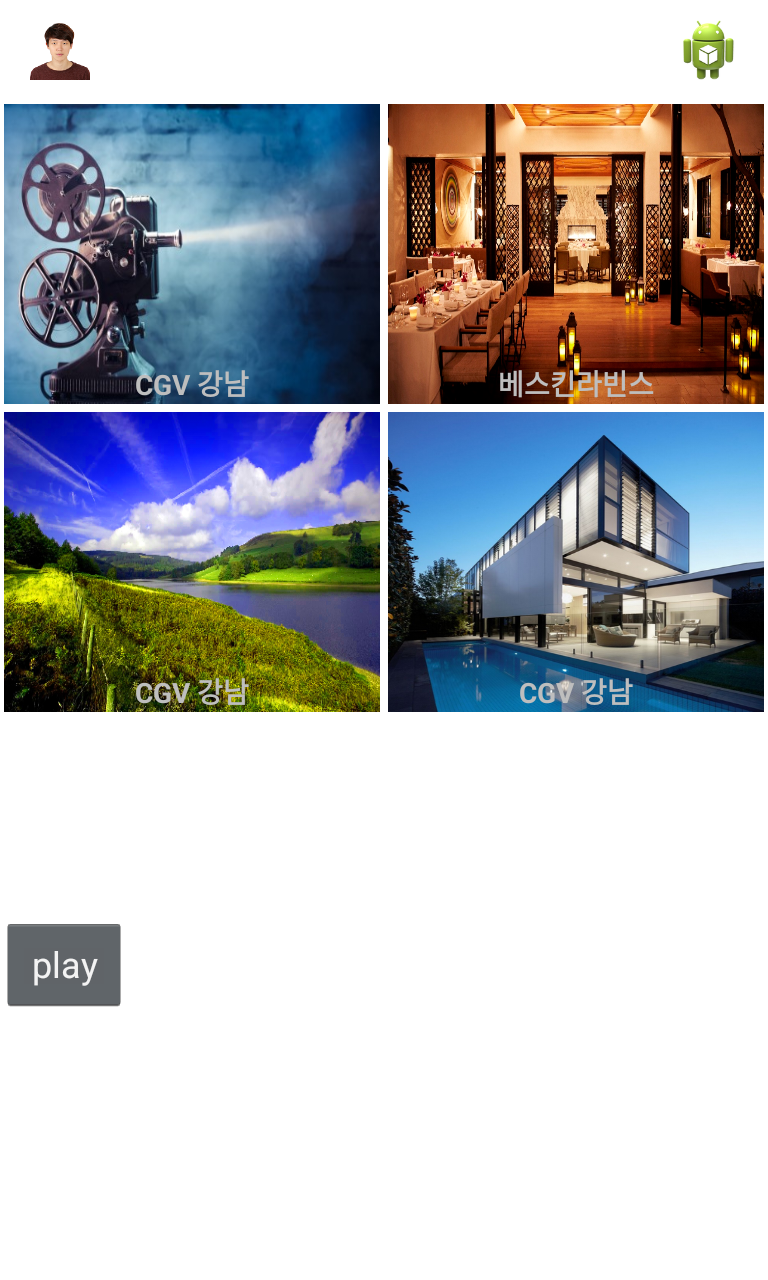
Repository: Minsu-Daniel-Kim/tipinboard1.0
Layout: TipinBoard1.0/res/layout/activity_main.xml
An editor plug-in stored every save of this project. The layout is shown before and after the next save, followed by the edit.
It is drawn on a 768 x 1280 px phone screen (xhdpi) without system bars, with theme android:Theme.Holo; the app's code is not run.

Above is the layout before, as saved 2013-04-15 14:22:33.

### TipinBoard1.0/res/layout/activity_main.xml
<?xml version="1.0" encoding="utf-8"?>
<LinearLayout xmlns:android="http://schemas.android.com/apk/res/android"
    android:layout_width="fill_parent"
    android:layout_height="fill_parent"
    android:background="#ffffff"
    android:orientation="vertical" >

    <RelativeLayout
        android:id="@+id/imageView1"
        android:layout_width="fill_parent"
        android:layout_height="50dp"
        android:orientation="horizontal" >

        <RelativeLayout
            android:id="@+id/imageView1"
            android:layout_width="fill_parent"
            android:layout_height="50dp"
            android:onClick="myPage"
            android:orientation="horizontal" >

            <ImageView
                android:id="@+id/iv_profile"
                android:layout_width="40dp"
                android:layout_height="40dp"
                android:layout_alignParentBottom="true"
                android:layout_alignParentLeft="true"
                android:layout_margin="10dp"
                android:onClick="myPage"
                android:src="@drawable/daniel" />

            <TextView
                android:id="@+id/tv_username"
                android:layout_width="wrap_content"
                android:layout_height="fill_parent"
                android:layout_toRightOf="@+id/iv_profile"
                android:gravity="center_vertical"
                android:onClick="myPage"
                android:textStyle="bold" />
        </RelativeLayout>

        <ImageView
            android:layout_width="40dp"
            android:layout_height="40dp"
            android:layout_alignParentBottom="true"
            android:layout_alignParentRight="true"
            android:layout_margin="10dp"
            android:src="@drawable/ic_launcher" />
    </RelativeLayout>

    <LinearLayout
        xmlns:android="http://schemas.android.com/apk/res/android"
        android:layout_width="fill_parent"
        android:layout_height="wrap_content"
        android:orientation="horizontal" >

        <RelativeLayout
            android:id="@+id/button1"
            android:layout_width="0dp"
            android:layout_height="150dp"
            android:layout_margin="2dp"
            android:layout_weight="1"
            android:background="@drawable/movie"
            android:onClick="detail" >

            <TextView
                android:id="@+id/textView1"
                android:layout_width="fill_parent"
                android:layout_height="wrap_content"
                android:layout_alignParentBottom="true"
                android:gravity="center_horizontal"
                android:text="CGV 강남"
                android:textStyle="bold" />
        </RelativeLayout>

        <RelativeLayout
            android:id="@+id/button1"
            android:layout_width="0dp"
            android:layout_height="150dp"
            android:layout_margin="2dp"
            android:layout_weight="1"
            android:background="@drawable/restaurant"
            android:onClick="detail" >

            <TextView
                android:id="@+id/textView1"
                android:layout_width="fill_parent"
                android:layout_height="wrap_content"
                android:layout_alignParentBottom="true"
                android:gravity="center_horizontal"
                android:text="베스킨라빈스"
                android:textStyle="bold" />
        </RelativeLayout>
    </LinearLayout>

    <LinearLayout
        xmlns:android="http://schemas.android.com/apk/res/android"
        android:layout_width="fill_parent"
        android:layout_height="wrap_content"
        android:orientation="horizontal" >

        <RelativeLayout
            android:id="@+id/button1"
            android:layout_width="0dp"
            android:layout_height="150dp"
            android:layout_margin="2dp"
            android:layout_weight="1"
            android:background="@drawable/trip"
            android:onClick="detail" >

            <TextView
                android:id="@+id/textView1"
                android:layout_width="fill_parent"
                android:layout_height="wrap_content"
                android:layout_alignParentBottom="true"
                android:gravity="center_horizontal"
                android:text="CGV 강남"
                android:textStyle="bold" />
        </RelativeLayout>

        <RelativeLayout
            android:id="@+id/button1"
            android:layout_width="0dp"
            android:layout_height="150dp"
            android:layout_margin="2dp"
            android:layout_weight="1"
            android:background="@drawable/house"
            android:onClick="detail" >

            <TextView
                android:id="@+id/textView1"
                android:layout_width="fill_parent"
                android:layout_height="wrap_content"
                android:layout_alignParentBottom="true"
                android:gravity="center_horizontal"
                android:text="CGV 강남"
                android:textStyle="bold" />
        </RelativeLayout>
    </LinearLayout>

    <FrameLayout
        android:id="@+id/videoLayout"
        android:layout_width="120dp"
        android:layout_height="100dp" />

    <Button
        android:id="@+id/button2"
        android:layout_width="wrap_content"
        android:layout_height="wrap_content"
        android:onClick="play"
        android:text="play" />

</LinearLayout>

After the next save:
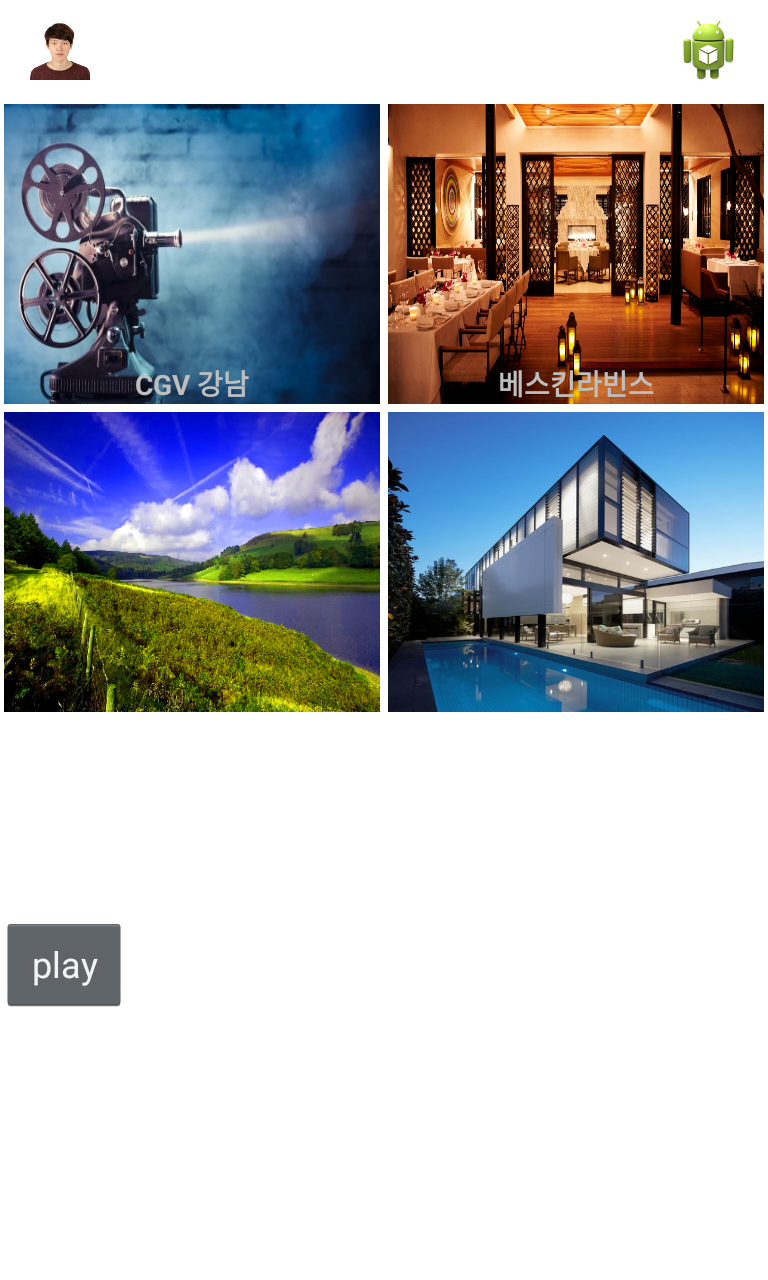
Saved 18 s later.
--- a/TipinBoard1.0/res/layout/activity_main.xml
+++ b/TipinBoard1.0/res/layout/activity_main.xml
@@ -113,7 +113,6 @@
                 android:layout_height="wrap_content"
                 android:layout_alignParentBottom="true"
                 android:gravity="center_horizontal"
-                android:text="CGV 강남"
                 android:textStyle="bold" />
         </RelativeLayout>
 
@@ -132,7 +131,6 @@
                 android:layout_height="wrap_content"
                 android:layout_alignParentBottom="true"
                 android:gravity="center_horizontal"
-                android:text="CGV 강남"
                 android:textStyle="bold" />
         </RelativeLayout>
     </LinearLayout>
